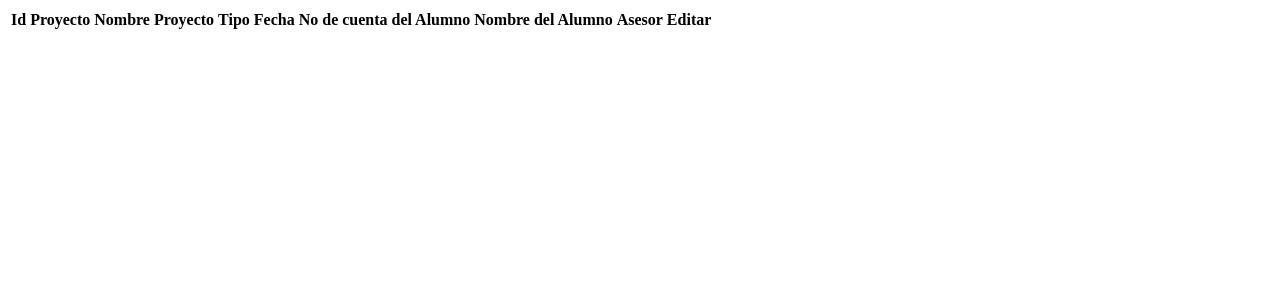
Repository: luisdj01/proyecto-intgegrador
Page: http://localhost/php/mostrarTrabajosTodos.php
These files come from the project's save history. The page is drawn as it stood at one moment and after a run of saves; the edit follows.
The browser window is 1280 px wide. The pictures show the whole page.
The page is run by PHP 8.4 with error messages shown; the project is at /var/www/html/. Queries for data that is not in the repository find no rows.

Above is the page before, as saved 2022-11-08 21:33:00.
Console error: ReferenceError: $ is not defined

After the next 2 saves:
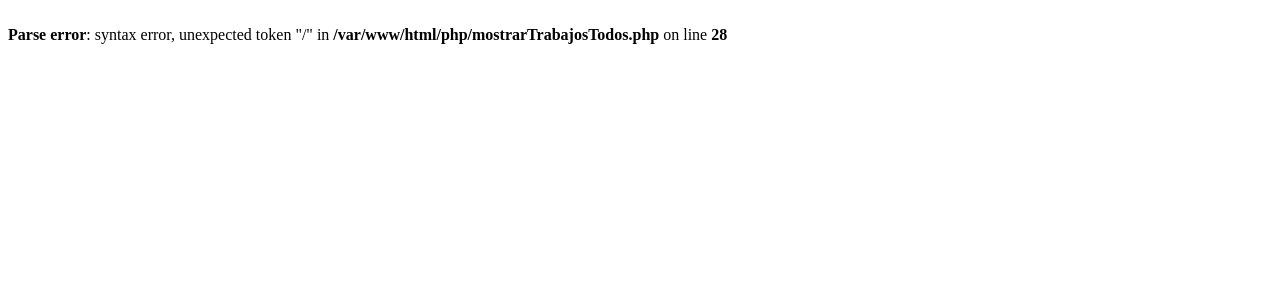
The error is gone.
The 2 saves are shown as one change because they came seconds apart.
The last was saved 16 s later.
--- a/tessfp/php/mostrarTrabajosTodos.php
+++ b/tessfp/php/mostrarTrabajosTodos.php
@@ -25,7 +25,7 @@ while($fila=$ejecutarConsulta->fetch_array()){
     //mostrar cada fila del array
     echo "<tr>";
     echo "<td>".$fila[0]."</td><td>".$fila[1]."</td>
-    <td>".$fila[2]."</td><td>".$fila[3]."</td><td>".$fila[4]."</td><td>".$fila[5]." ".$fila[6]." ".$fila[7]."</td>
+    <td>".$fila[2]."</td><td>".$fila[3]."</td><td>".$fila[4]." "</td><td>".$fila[5]." ".$fila[6]." ".$fila[7]."</td>
     <td>".$fila[8]." ".$fila[9]." ".$fila[10]."</td><td>
     <p class='btn btn-primary' data-toggle='modal' data-target='#ModalEditarTrabajo' onclick=editarTrabajo(".$fila[0].")>
     <i class='far fa-edit '></i>Actualizar</p></td>";
